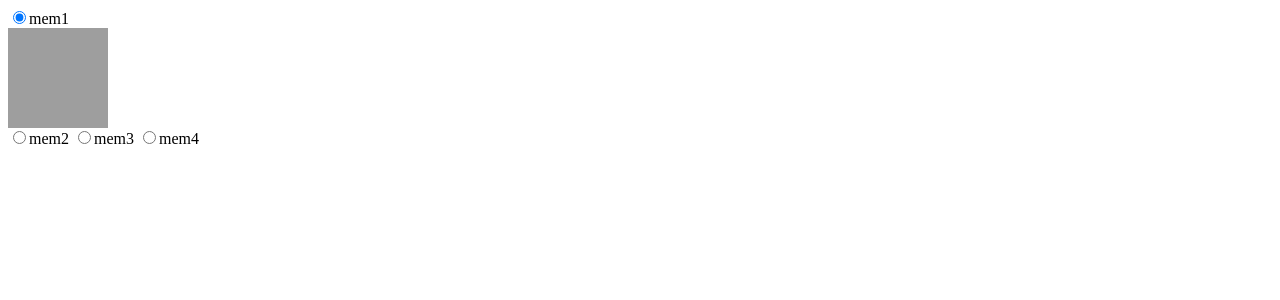
Repository: MaksimMazurenka/cssBayan
Page: cssBayan/index.html
These files come from the project's save history. The page is drawn as it stood at one moment and after the next save; the edit follows.
The browser window is 1280 px wide. The pictures show the whole page.
Pictures or frames that could not be fetched are drawn as grey boxes.

Above is the page before, as saved 2023-03-12 16:50:01.

### cssBayan/index.html

<!DOCTYPE html>
<html>
<head>
<meta content='text/html;' />
<style type='text/css'>
img{
  display: none;
}
input[id="mem"]:checked + img
{
    display: block;
}
la
    display: block;
}
</style>
</head>
<body>
	<div class="items">
        <label >
            <input type="radio" name="mem" id="mem" checked>mem1
            <img id="mem1" src="http://placekitten.com/100">
            <input type="radio" name="mem" id="mem">mem2
            <img id="mem2" src="http://placekitten.com/100">
            <input type="radio" name="mem" id="mem">mem3
            <img id="mem3" src="http://placekitten.com/100">
            <input type="radio" name="mem" id="mem">mem4
            <img id="mem4" src="http://placekitten.com/100">
        </label>
      </div>
</body>
</html>

After the next save:
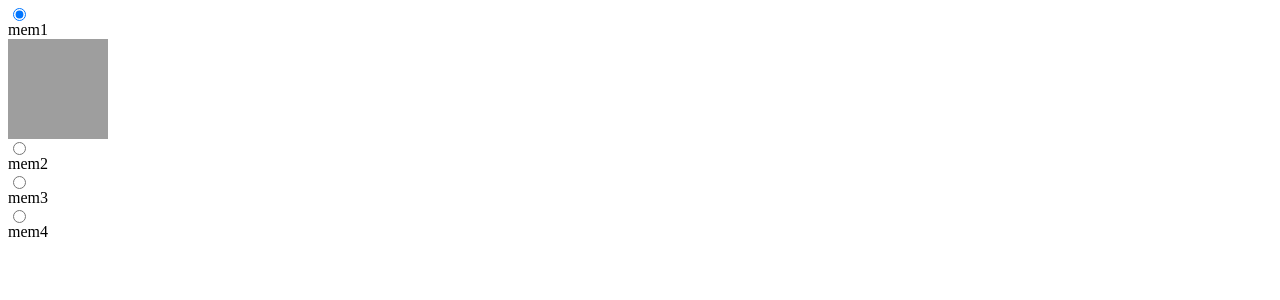
Saved 6 s later.
--- a/cssBayan/index.html
+++ b/cssBayan/index.html
@@ -11,7 +11,7 @@ input[id="mem"]:checked + img
 {
     display: block;
 }
-la
+input{
     display: block;
 }
 </style>
